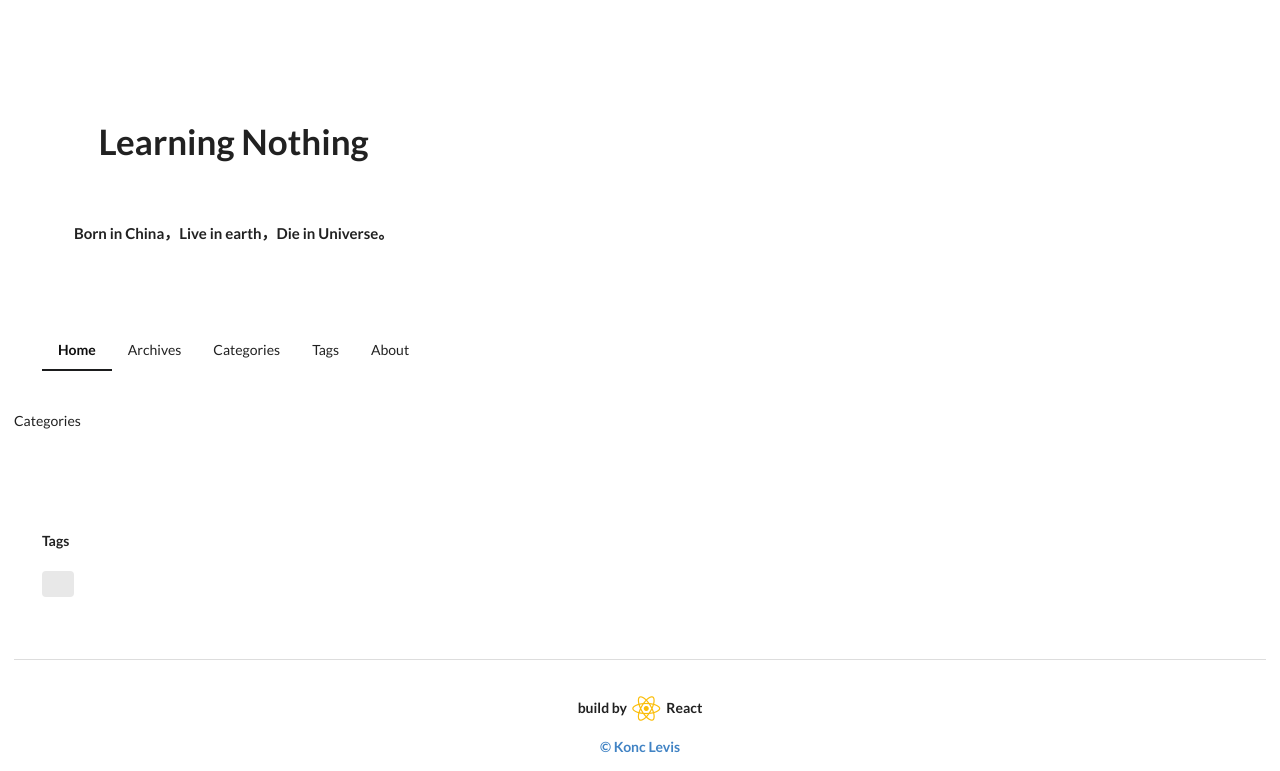
Repository: chu4j/my-spring-cloud-blog-frontend
Page: /
These files come from the project's save history. The page is drawn as it stood at one moment and after the next save; the edit follows.
The browser window is 1280 px wide. The pictures show the whole page.
The page's requests for data from a server got no answer. The project was rebuilt for these pictures with package versions that can differ from the ones it lists, and the page was loaded fresh each time. No one was signed in, and anything a server would have sent is missing. Also part of the build but not shown: src/components/Categories.jsx, src/components/FocusContent.jsx, src/css/App.css, src/components/owner/LoginForm.jsx, src/components/Tags.jsx, src/components/Timeline.jsx, src/components/TimelineHome.jsx.

Above is the page before, as saved 2021-02-24 11:19:58.

After the next save:
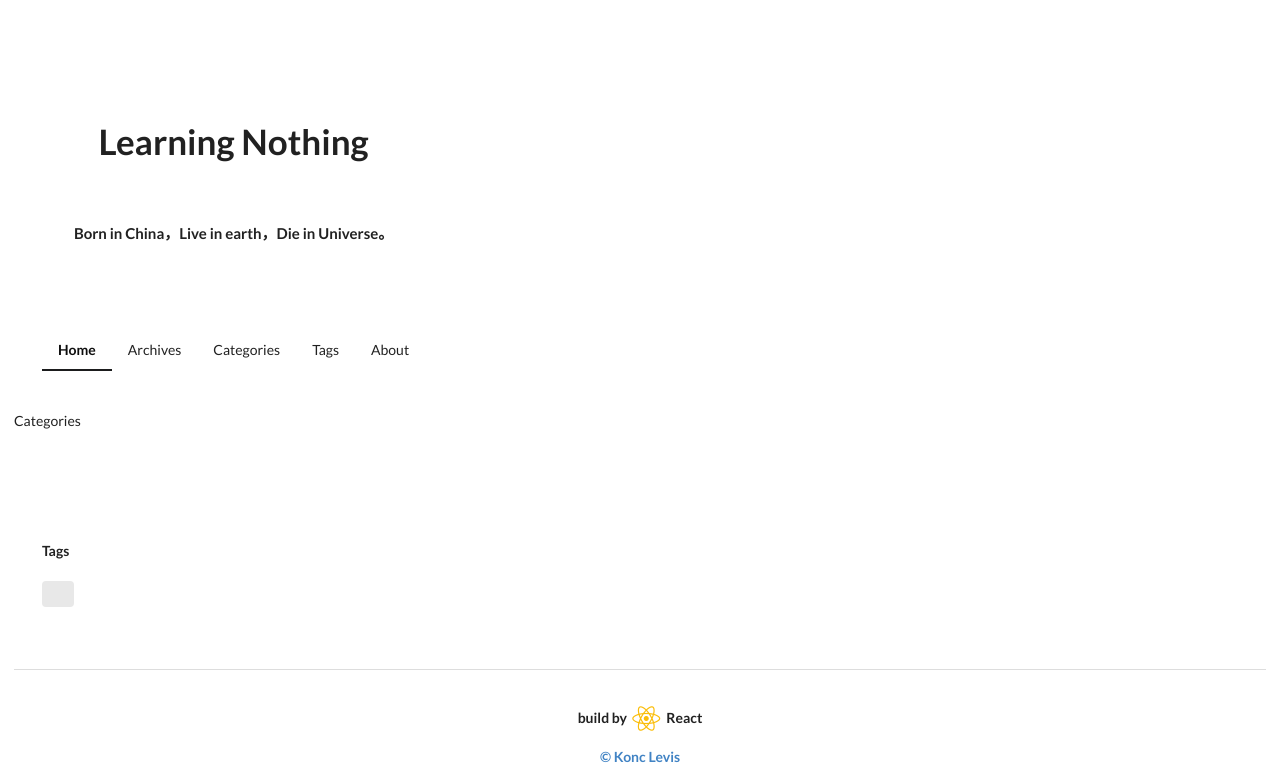
Saved 9 s later.
--- a/src/css/index.css
+++ b/src/css/index.css
@@ -57,5 +57,5 @@ code {
 .category-label {
   display: inline-block;
   margin: 0.5 rem;
-  padding: 20 em;
+  padding:5px;
 }
